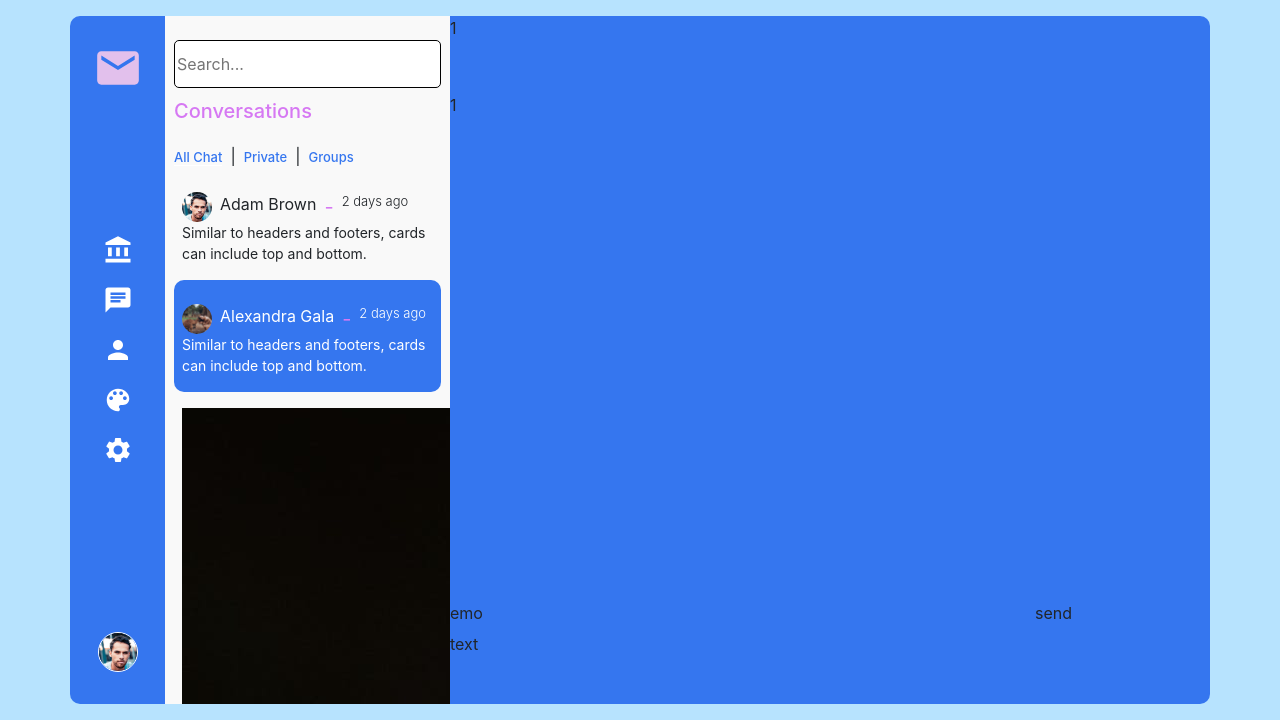
Repository: arafat877/super-chat
Page: /
The author's editor kept a copy of each file at every save. The page is drawn from the files as they stood at one save, then again after a run of saves.
The browser window is 1280 px wide. The pictures show the whole page.
The project was rebuilt for these pictures with package versions that can differ from the ones it lists, and the page was loaded fresh each time.

Above is the page before, as saved 2020-08-06 23:59:35.

After the next 3 saves:
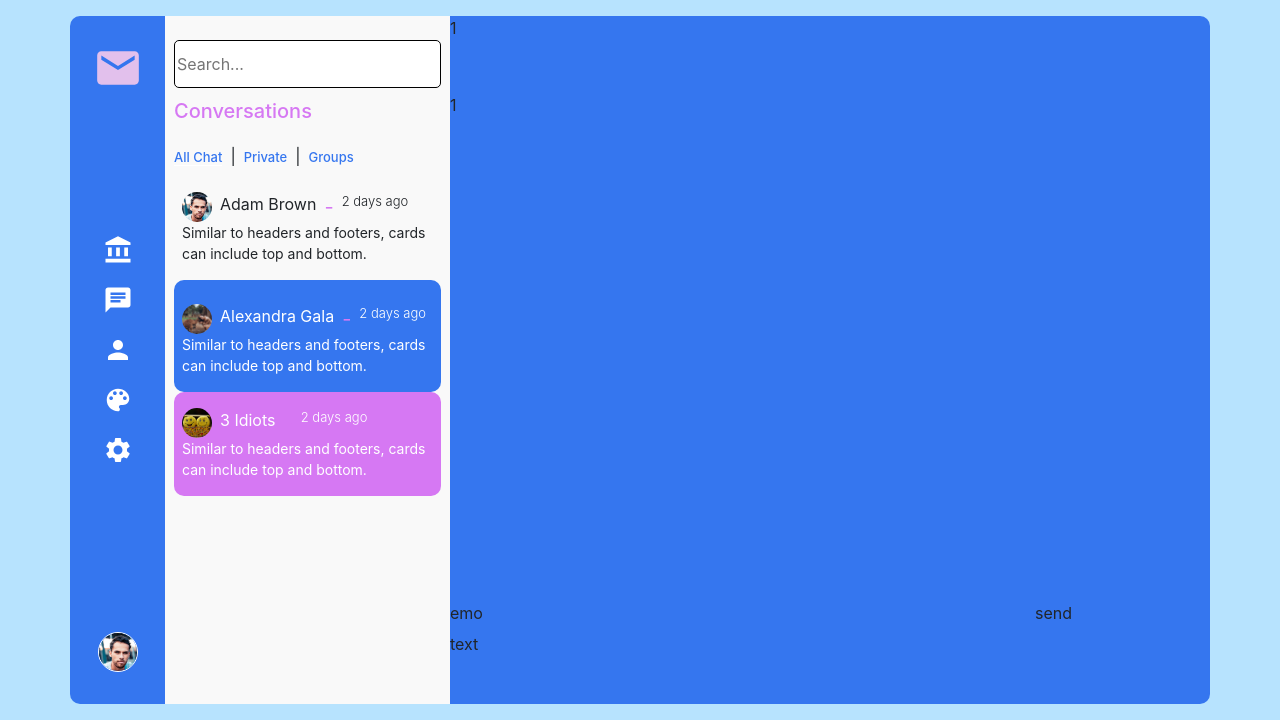
The 3 saves are shown as one change because 2 did not build or start.
The last was saved 68 s later.
--- a/src/App.scss
+++ b/src/App.scss
@@ -110,7 +110,7 @@
           }
 
           .hr {
-            border-color:  rgb(214, 120, 243);
+            border-color: rgb(214, 120, 243);
             margin-bottom: 5px;
           }
 
@@ -121,42 +121,78 @@
         }
 
         .convCardHot {
-
-            background-color: #3576ef;
-            border-radius: 10px;
-
-            .userProfilePicture {
-              height: 30px;
-              width: 30px;
-              border-radius: 50%;
-              object-fit: cover;
-            }
-
-            .userName {
-              color: white;
-            }
-
-            .dash {
-              color: rgb(214, 120, 243);
-              font-size: 20px;
-            }
-
-            .chatDate {
-              color: white;
-              font-size: 13px;
-              font-weight: 300;
-            }
-
-            .hr {
-              border-color:  rgb(214, 120, 243);
-              margin-bottom: 5px;
-            }
-
-            .text {
-              color: white;
-              font-size: 14px;
-            }
-          }
+          background-color: #3576ef;
+          border-radius: 10px;
+
+          .userProfilePicture {
+            height: 30px;
+            width: 30px;
+            border-radius: 50%;
+            object-fit: cover;
+          }
+
+          .userName {
+            color: white;
+          }
+
+          .dash {
+            color: rgb(214, 120, 243);
+            font-size: 20px;
+          }
+
+          .chatDate {
+            color: white;
+            font-size: 13px;
+            font-weight: 300;
+          }
+
+          .hr {
+            border-color: rgb(214, 120, 243);
+            margin-bottom: 5px;
+          }
+
+          .text {
+            color: white;
+            font-size: 14px;
+          }
+        }
+
+        .convCardGroup {
+          background-color: rgb(214, 120, 243);
+          border-radius: 10px;
+
+          .userProfilePicture {
+            height: 30px;
+            width: 30px;
+            border-radius: 50%;
+            object-fit: cover;
+          }
+
+          .userName {
+            color: white;
+          }
+
+          .dash {
+            color: rgb(214, 120, 243);
+            font-size: 20px;
+          }
+
+          .chatDate {
+            color: white;
+            font-size: 13px;
+            font-weight: 300;
+          }
+
+          .hr {
+            border-color: rgb(214, 120, 243);
+            margin-bottom: 5px;
+          }
+
+          .text {
+            color: white;
+            font-size: 14px;
+          }
+        }
       }
     }
 
